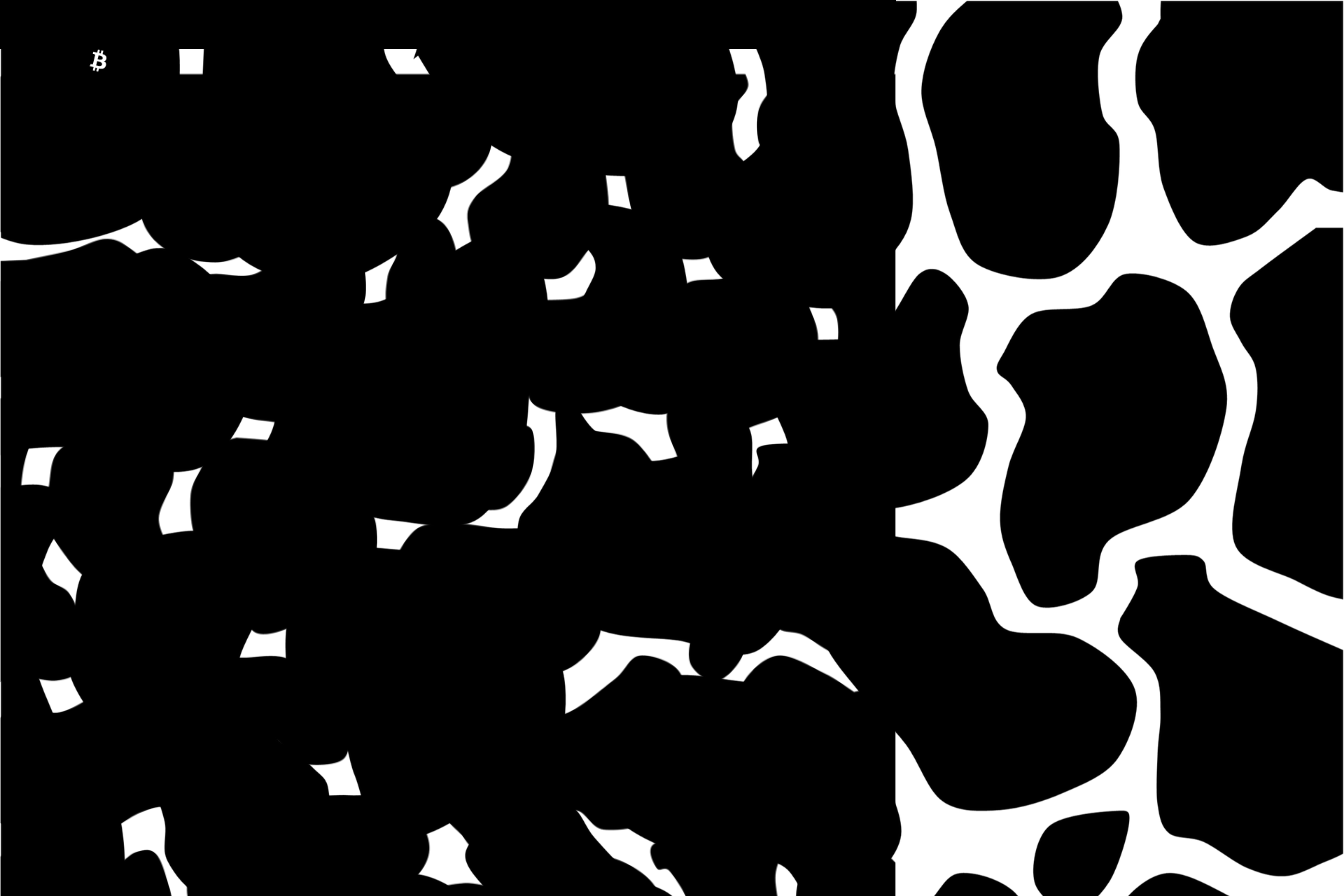
Repository: oninopantsu/crytoapp
Page: /
The author's editor kept a copy of each file at every save. The page is drawn from the files as they stood at one save, then again after a run of saves.
The browser window is 1280 px wide. The page is 1920 px wide, so the pictures cover 1920 px, including what lies to the right of the window. The pictures show the part of the page from y = 0 to 1280 px (the page is 2019 px tall), at 70% of full size.
Some web fonts or font styles are not loaded; a fallback is used. The project was rebuilt for these pictures with package versions that can differ from the ones it lists, and the page was loaded fresh each time. Also part of the build but not shown: vue.config.js.

Above is the page before, as saved 2021-09-05 02:37:06.

After the next 2 saves:
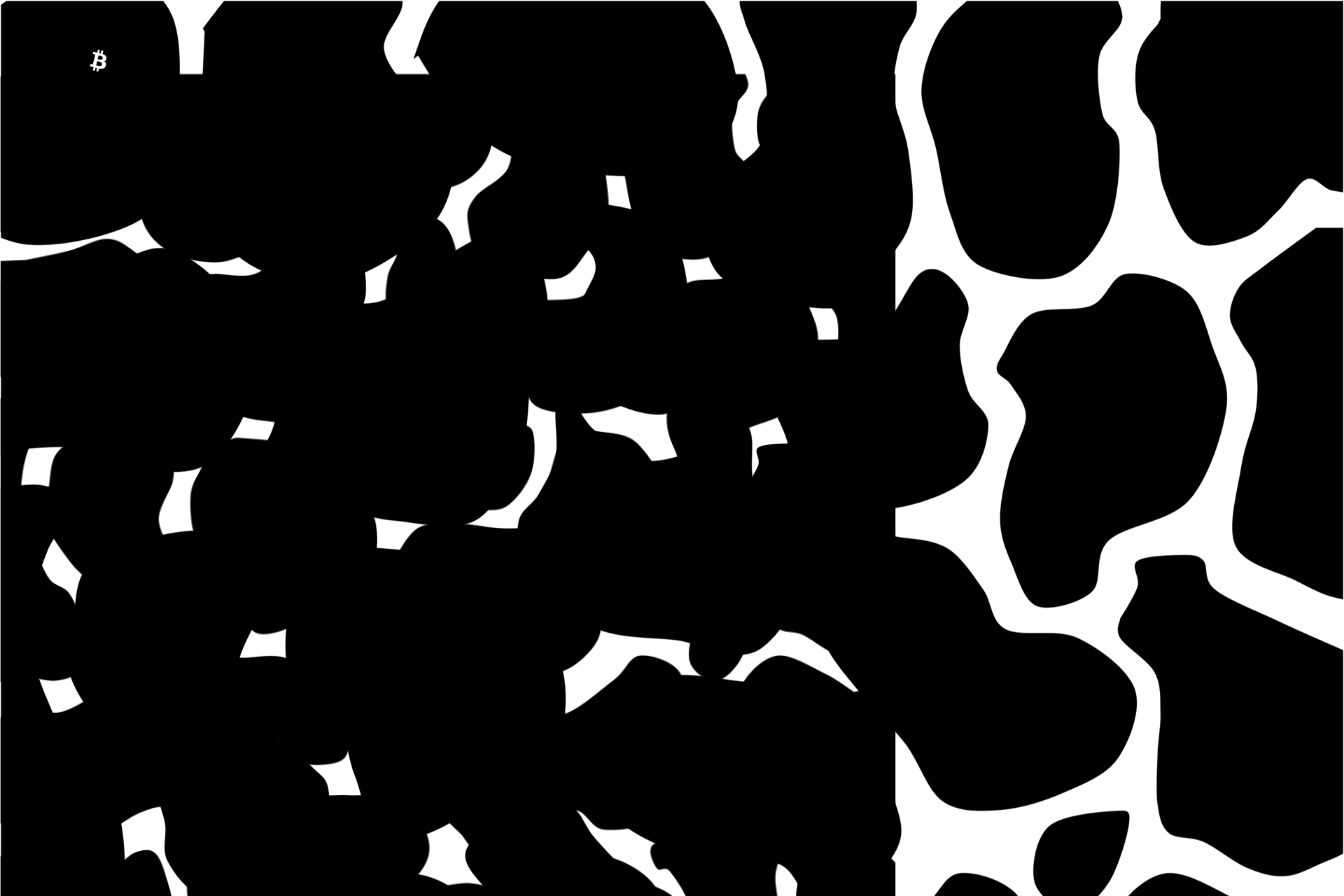
The 2 saves are shown as one change because they came seconds apart.
The last was saved 13 s later.
--- a/src/components/Header.vue
+++ b/src/components/Header.vue
@@ -13,7 +13,7 @@
 header {
   height: 70px;
   line-height: 70px;
-  background-color: black;
+  background-color:#fff;
 }
 .header-logo {
   font-size: 20px;
